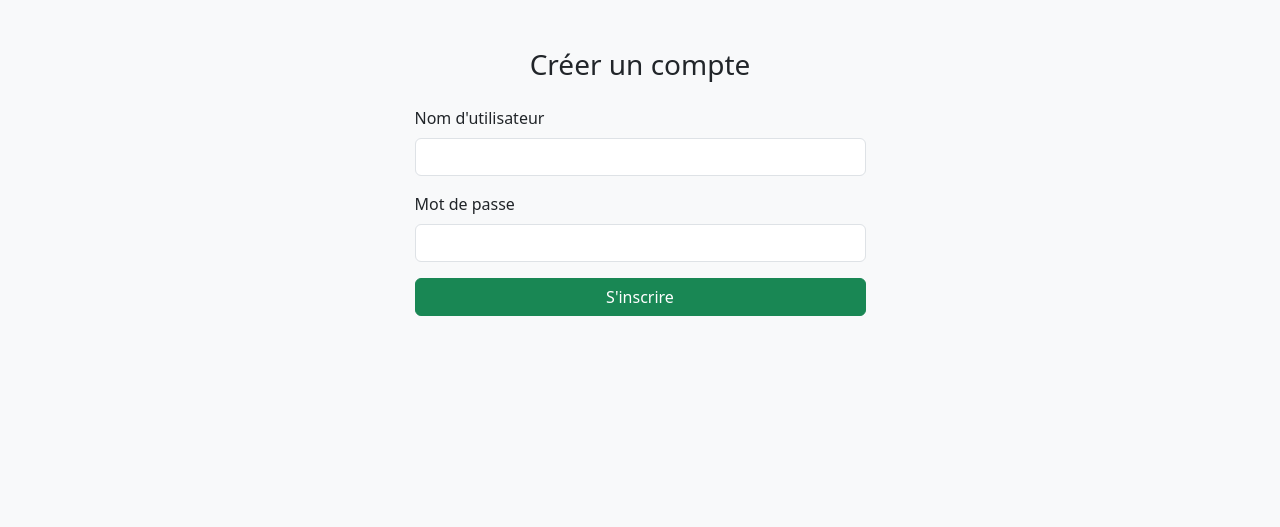
Repository: SaharGab/LocationsMaisons-JavaEE-VelvetEscape
Page: http://localhost/LocationMaisons/pages/register.jsp
The author's editor kept a copy of each file at every save. The page is drawn from the files as they stood at one save, then again after the next save.
The browser window is 1280 px wide. The pictures show the whole page.
The page is served by Tomcat 10. Other server files are loaded and not shown.

Above is the page before, as saved 2025-04-22 20:19:12.

### LocationMaisons/src/main/webapp/pages/register.jsp
<%@ page language="java" contentType="text/html; charset=UTF-8" pageEncoding="UTF-8"%>
<!DOCTYPE html>
<html>
<head>
    <meta charset="UTF-8">
    <title>Créer un compte</title>
    <link href="https://cdn.jsdelivr.net/npm/bootstrap@5.3.0/dist/css/bootstrap.min.css" rel="stylesheet">
</head>
<body class="bg-light">

<div class="container mt-5">
    <div class="row justify-content-center">
        <div class="col-md-5">
            <h3 class="text-center mb-4">Créer un compte</h3>

            <form method="post" action="${pageContext.request.contextPath}/RegisterServlet">

                <div class="mb-3">
                    <label for="username" class="form-label">Nom d'utilisateur</label>
                    <input type="text" class="form-control" id="username" name="username" required>
                </div>

                <div class="mb-3">
                    <label for="password" class="form-label">Mot de passe</label>
                    <input type="password" class="form-control" id="password" name="password" required>
                </div>

                <button type="submit" class="btn btn-success w-100">S'inscrire</button>
            </form>

            <% String message = (String) request.getAttribute("message");
               if (message != null) { %>
                <div class="alert alert-info mt-3"><%= message %></div>
            <% } %>

        </div>
    </div>
</div>

</body>
</html>

After the next save:
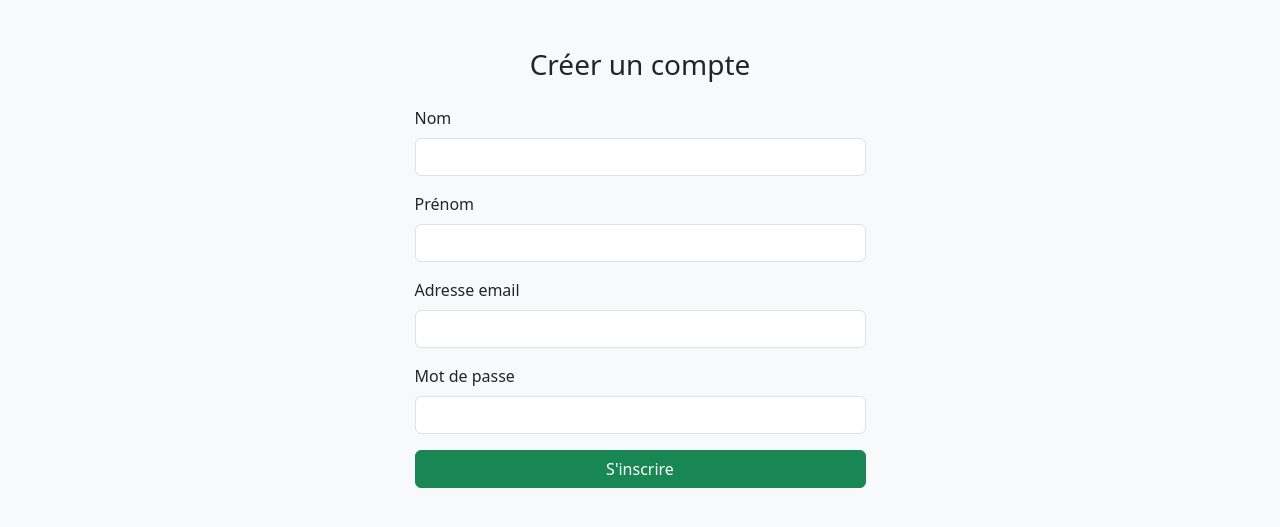
Saved 7 min 15 s later.
--- a/LocationMaisons/src/main/webapp/pages/register.jsp
+++ b/LocationMaisons/src/main/webapp/pages/register.jsp
@@ -16,8 +16,18 @@
             <form method="post" action="${pageContext.request.contextPath}/RegisterServlet">
 
                 <div class="mb-3">
-                    <label for="username" class="form-label">Nom d'utilisateur</label>
-                    <input type="text" class="form-control" id="username" name="username" required>
+                    <label for="nom" class="form-label">Nom</label>
+                    <input type="text" class="form-control" id="nom" name="nom" required>
+                </div>
+
+                <div class="mb-3">
+                    <label for="prenom" class="form-label">Prénom</label>
+                    <input type="text" class="form-control" id="prenom" name="prenom" required>
+                </div>
+
+                <div class="mb-3">
+                    <label for="email" class="form-label">Adresse email</label>
+                    <input type="email" class="form-control" id="email" name="email" required>
                 </div>
 
                 <div class="mb-3">
